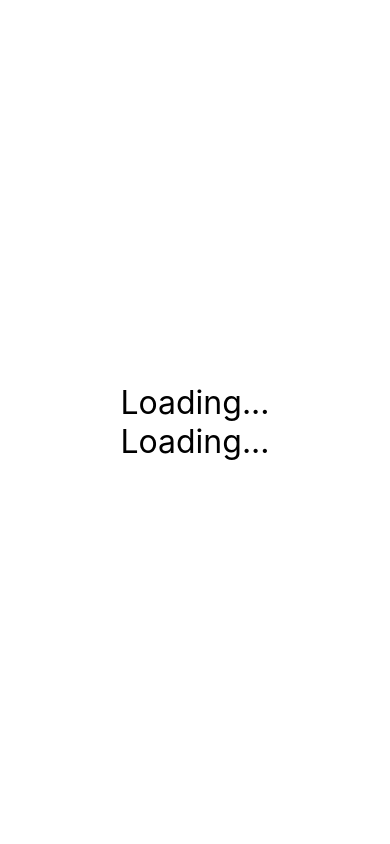
Repository: 0x77dev/coronavirus
Screen: /
An editor plug-in stored every save of this project. The screen is shown before and after a run of saves, followed by the edit.
The page's requests for data from a server got no answer. The app was drawn by React Native's web renderer in a window 390 px wide. The project was rebuilt for these pictures with package versions that can differ from the ones it lists, and the page was loaded fresh each time. No one was signed in, and anything a server would have sent is missing.

Above is the screen before, as saved 2020-03-13 17:53:53.

After the next 4 saves:
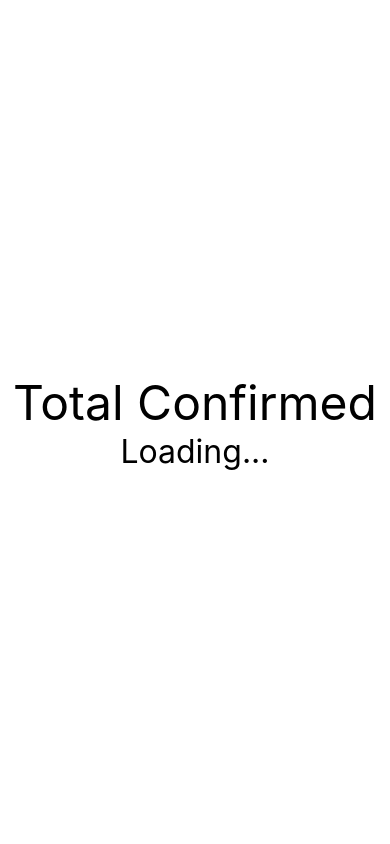
The 4 saves are shown as one change because they came seconds apart.
The last was saved 10 s later.
--- a/App.tsx
+++ b/App.tsx
@@ -13,7 +13,7 @@ export default class App extends React.Component {
   render() {
     return (
       <View style={styles.container} >
-        <Text style={{ fontSize: 32 }}>{this.state.totalConfirmed}</Text>
+        <Text style={{ fontSize: 48 }}>Total Confirmed</Text>
         <Text style={{ fontSize: 32 }}>{this.state.totalConfirmed}</Text>
       </View>
     );
